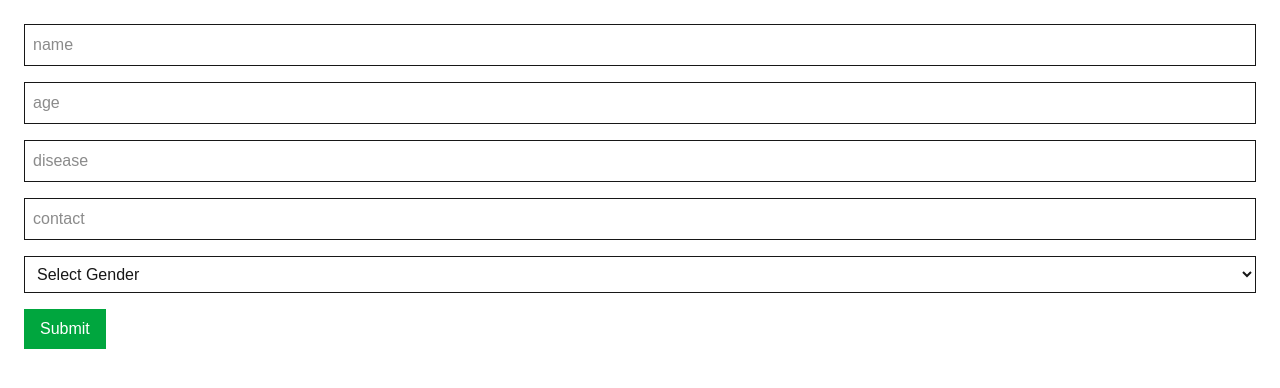
Repository: DangerCR7/patient-crud-app
Page: /patient-form (app in patient-crud-ui/)
The author's editor kept a copy of each file at every save. The page is drawn from the files as they stood at one save, then again after the next save.
The browser window is 1280 px wide. The pictures show the whole page.
The project was rebuilt for these pictures with package versions that can differ from the ones it lists, and the page was loaded fresh each time. The framework's server and built-in components were replaced by stand-ins that run in the browser. Also part of the build but not shown: patient-crud-ui/next.config.mjs.

Above is the page before, as saved 2025-07-14 20:17:41.

After the next save:
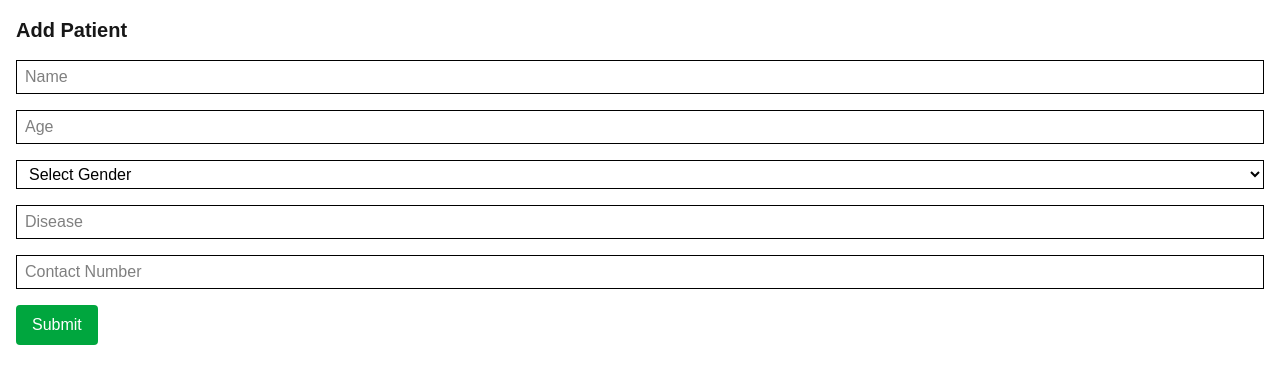
Saved 5 min 27 s later.
--- a/patient-crud-ui/src/app/patient-form/page.js
+++ b/patient-crud-ui/src/app/patient-form/page.js
@@ -1,9 +1,9 @@
 'use client';
-import React, { useState } from 'react';
-import { useRouter } from 'next/navigation';
+
+import { useSearchParams, useRouter } from 'next/navigation';
+import React, { useEffect, useState } from 'react';
 
 export default function PatientForm() {
-  const router = useRouter();
   const [form, setForm] = useState({
     name: '',
     age: '',
@@ -11,6 +11,20 @@ export default function PatientForm() {
     disease: '',
     contact: ''
   });
+  const [editingId, setEditingId] = useState(null);
+
+  const searchParams = useSearchParams();
+  const router = useRouter();
+
+  useEffect(() => {
+    const id = searchParams.get('id');
+    if (id) {
+      setEditingId(id);
+      fetch(`http://localhost:8080/api/patients/${id}`)
+        .then((res) => res.json())
+        .then((data) => setForm(data));
+    }
+  }, []);
 
   const handleChange = (e) => {
     setForm({ ...form, [e.target.name]: e.target.value });
@@ -18,25 +32,46 @@ export default function PatientForm() {
 
   const handleSubmit = async (e) => {
     e.preventDefault();
-    await fetch('http://localhost:8080/api/patients', {
-      method: 'POST',
-      headers: { 'Content-Type': 'application/json' },
-      body: JSON.stringify(form),
-    });
-    router.push('/patients');
+    try {
+      const method = editingId ? 'PUT' : 'POST';
+      const url = editingId
+        ? `http://localhost:8080/api/patients/${editingId}`
+        : 'http://localhost:8080/api/patients';
+
+      const res = await fetch(url, {
+        method,
+        headers: { 'Content-Type': 'application/json' },
+        body: JSON.stringify(form)
+      });
+
+      if (!res.ok) throw new Error('Failed to save patient');
+      alert(`Patient ${editingId ? 'updated' : 'added'} successfully!`);
+      router.push('/patients');
+    } catch (error) {
+      console.error(error);
+      alert('Error saving patient');
+    }
   };
 
   return (
-    <form onSubmit={handleSubmit} className="p-6 space-y-4">
-      {['name', 'age', 'disease', 'contact'].map((f) => (
-        <input key={f} name={f} placeholder={f} value={form[f]} onChange={handleChange} className="border p-2 w-full" required />
-      ))}
-      <select name="gender" value={form.gender} onChange={handleChange} className="border p-2 w-full" required>
-        <option value="">Select Gender</option>
-        <option value="male">Male</option>
-        <option value="female">Female</option>
-      </select>
-      <button type="submit" className="bg-green-600 text-white px-4 py-2">Submit</button>
-    </form>
+    <div className="container mx-auto p-4">
+      <h1 className="text-xl font-semibold mb-4">
+        {editingId ? 'Edit Patient' : 'Add Patient'}
+      </h1>
+      <form onSubmit={handleSubmit} className="space-y-4 text-black">
+        <input type="text" name="name" placeholder="Name" value={form.name} onChange={handleChange} className="border px-2 py-1 w-full" required />
+        <input type="number" name="age" placeholder="Age" value={form.age} onChange={handleChange} className="border px-2 py-1 w-full" required />
+        <select name="gender" value={form.gender} onChange={handleChange} className="border px-2 py-1 w-full" required>
+          <option value="">Select Gender</option>
+          <option value="male">Male</option>
+          <option value="female">Female</option>
+        </select>
+        <input type="text" name="disease" placeholder="Disease" value={form.disease} onChange={handleChange} className="border px-2 py-1 w-full" />
+        <input type="text" name="contact" placeholder="Contact Number" value={form.contact} onChange={handleChange} className="border px-2 py-1 w-full" />
+        <button type="submit" className="bg-green-600 text-white px-4 py-2 rounded">
+          {editingId ? 'Update' : 'Submit'}
+        </button>
+      </form>
+    </div>
   );
 }
